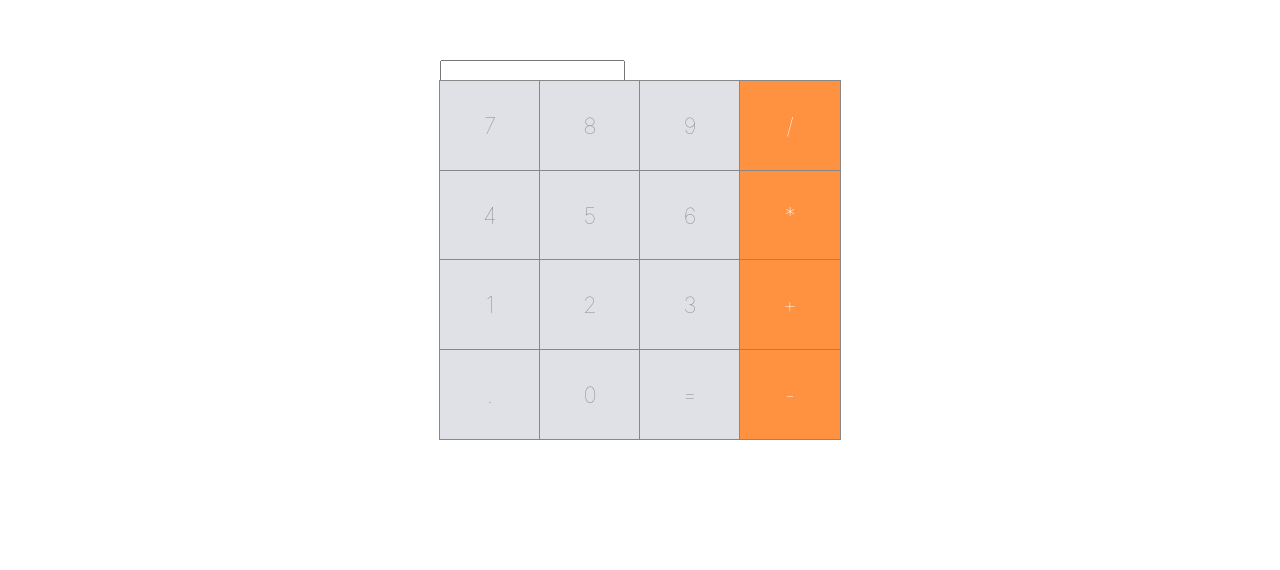
Repository: TECHIE404/Calculator
Page: /
The author's editor kept a copy of each file at every save. The page is drawn from the files as they stood at one save, then again after the next save.
The browser window is 1280 px wide. The pictures show the whole page.
The project was rebuilt for these pictures with package versions that can differ from the ones it lists, and the page was loaded fresh each time.

Above is the page before, as saved 2021-04-27 20:31:23.

### src/App.js

import './App.css';
import Button from './components/button'
import input from './components/input';
function App() {
  return (
    <div className="App">
      <div className="calc-wrapper">
      <div className="row">
         <input></input>
      </div>
      <div className="row">
      <Button>7</Button>
      <Button>8</Button>
      <Button>9</Button>
      <Button>/</Button>
      </div>
      <div className="row">
      <Button>4</Button>
      <Button>5</Button>
      <Button>6</Button>
      <Button>*</Button>
      </div>
      <div className="row">
      <Button>1</Button>

      <Button>2</Button>
      <Button>3</Button>
      <Button>+</Button>
      </div>
      <div className="row">
      <Button>.</Button>
      <Button>0</Button>
      <Button>=</Button>
      <Button>-</Button>
      </div>
      </div>
    </div>
  );
}

export default App;

### src/App.css
.App{
  display: flex;
  justify-content: center;
  align-items: center;
  height: 100vh;
  width: 100%;

}
.calc-wrapper{
  width: 400px;
  height: 600px;
}
.row{
  display: flex;
  width: 100%;
}

### src/components/button.js

import React, {Component} from 'react';
import './button.css';
class Button extends Component {
  isOperator=val=>{
      return !isNaN(val)|| val=== "." || val=== "=";
  }
    render() {
        return (
        <div className={`button ${this.isOperator
        (this.props.children)?"":"operator"}`}>
                    {this.props.children}
        </div>);
    }
}

export default Button;

### src/components/button.css
.button{
    display: flex;
    height:4em;
    flex: 1;
    justify-content: center;
    align-items: center;
    font-weight: lighter;
    font-size:1.4em;
    background-color: #e0e1e6;
    color: #888;
    outline: 1px solid #888;
}
.operator{
    background-color: #fe9241;
    color: #fff;
}

### src/components/input.js
import React, { Component } from 'react';
import "./input.css";
class Input extends Component {
    state = {  }
    render() {
        return (
        <div className="input">

        </div>
        );
    }
}

export default Input;

### src/components/input.css
.input{
    display: flex;
    height: 4em;
    flex: 1;
    background-color: #000;
    outline:1px solid #888;
    color:#fff;
    justify-content: flex-end;
    padding: 0.5em;
    font-weight: bold;
    font-size: 1.4em;
    align-items: center;

}

Loaded but not shown: public/index.html (common file); src/index.js (common file); src/index.css (common file); src/reportWebVitals.js (common file)

After the next save:
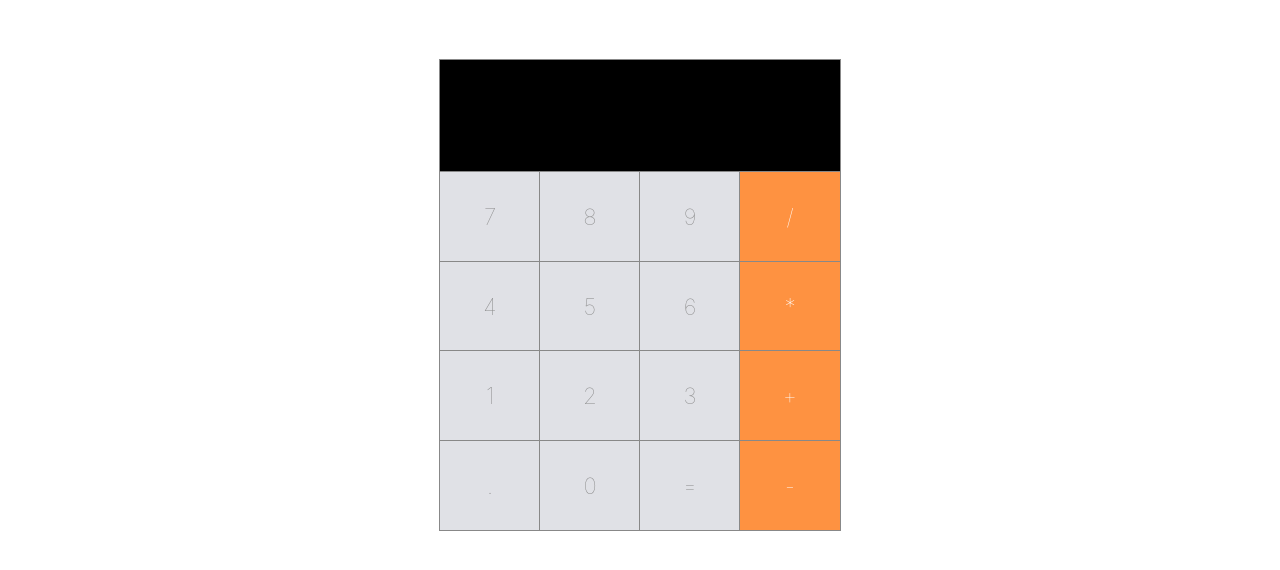
Saved 83 s later.
--- a/src/App.js
+++ b/src/App.js
@@ -1,13 +1,13 @@
 
 import './App.css';
 import Button from './components/button'
-import input from './components/input';
+import Input from './components/input';
 function App() {
   return (
     <div className="App">
       <div className="calc-wrapper">
       <div className="row">
-         <input></input>
+         <Input></Input>
       </div>
       <div className="row">
       <Button>7</Button>
